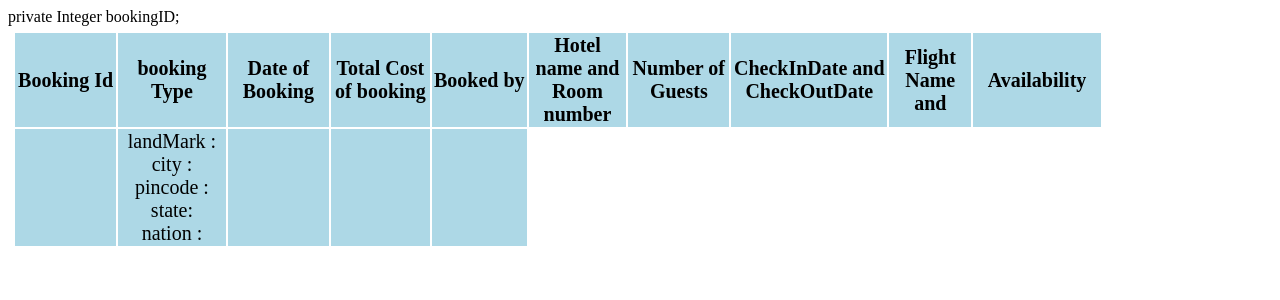
Repository: pparaska/Important
Page: http://localhost/website/WEB-INF/jsp/BookingInformation.jsp
These files come from the project's save history. The page is drawn as it stood at one moment and after the next save; the edit follows.
The browser window is 1280 px wide. The pictures show the whole page.
The page is served by Tomcat 9. Nobody is signed in. The template is opened directly, without the code that normally fills it, so the values that code supplies are empty.

Above is the page before, as saved 2019-02-12 06:25:07.

After the next save:
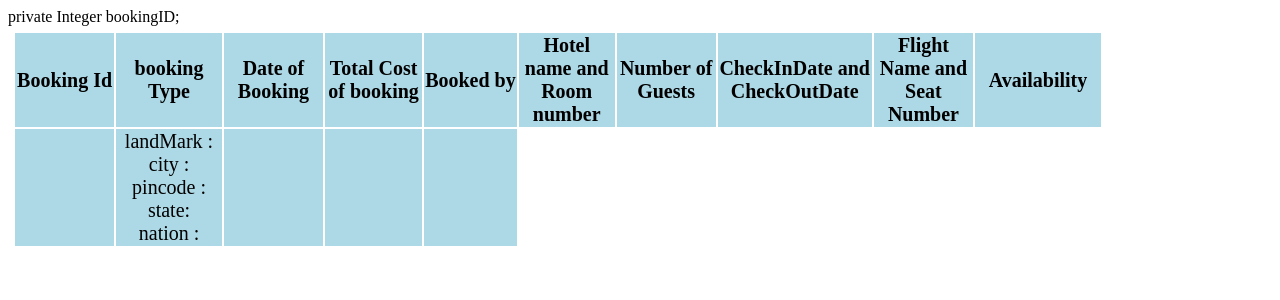
Saved 5 s later.
--- a/Poonam/All_Services/All_Services/website/src/main/webapp/WEB-INF/jsp/BookingInformation.jsp
+++ b/Poonam/All_Services/All_Services/website/src/main/webapp/WEB-INF/jsp/BookingInformation.jsp
@@ -34,7 +34,7 @@ th, td {
 				<th>Hotel name and Room number</th>
 				<th>Number of Guests</th>
 				<th>CheckInDate and CheckOutDate</th>
-				<th>Flight Name and </th>
+				<th>Flight Name and Seat Number</th>
 				<th>Availability</th>
 			</tr>
 			private Integer bookingID;
